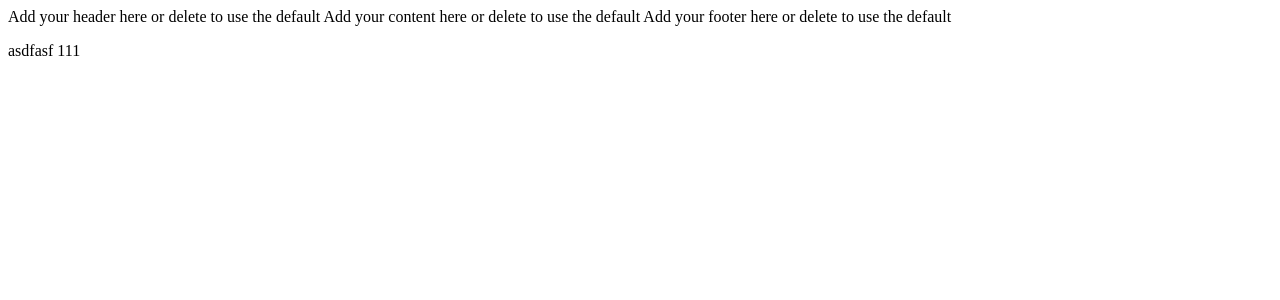
Repository: adrianoneres2/Desenvolvimento
Page: workspace/MavenWeb/src/main/webapp/index.html
These files come from the project's save history. The page is drawn as it stood at one moment and after the next save; the edit follows.
The browser window is 1280 px wide. The pictures show the whole page.

Above is the page before, as saved 2015-12-14 16:24:40.

After the next save:
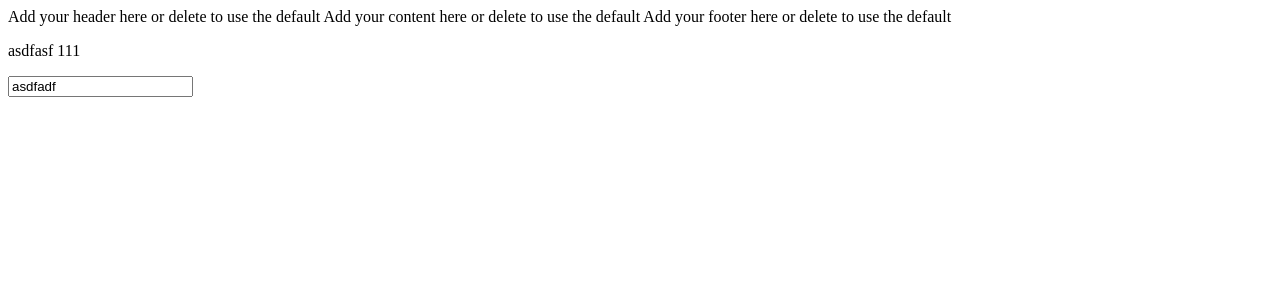
Saved 8 min 43 s later.
--- a/workspace/MavenWeb/src/main/webapp/index.html
+++ b/workspace/MavenWeb/src/main/webapp/index.html
@@ -20,6 +20,7 @@
 <body>
 	<p>asdfasf 111</p>
 	<h:inputText id="testes" value="testes1"></h:inputText>
+	<input id="asdfa" value="asdfadf"  />
 </body>
 
 </html>

After the save that followed:
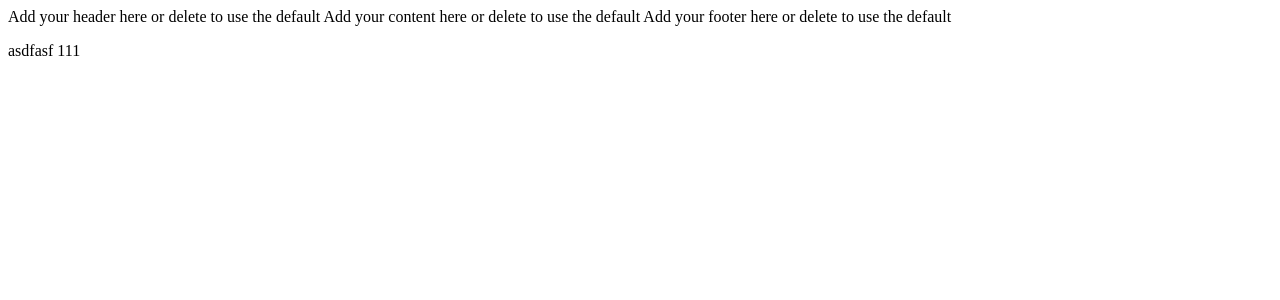
Saved 34 s later.
--- a/workspace/MavenWeb/src/main/webapp/index.html
+++ b/workspace/MavenWeb/src/main/webapp/index.html
@@ -20,7 +20,7 @@
 <body>
 	<p>asdfasf 111</p>
 	<h:inputText id="testes" value="testes1"></h:inputText>
-	<input id="asdfa" value="asdfadf"  />
+	<h:inputText id="asdfa" value="asdfadf"  />
 </body>
 
 </html>
